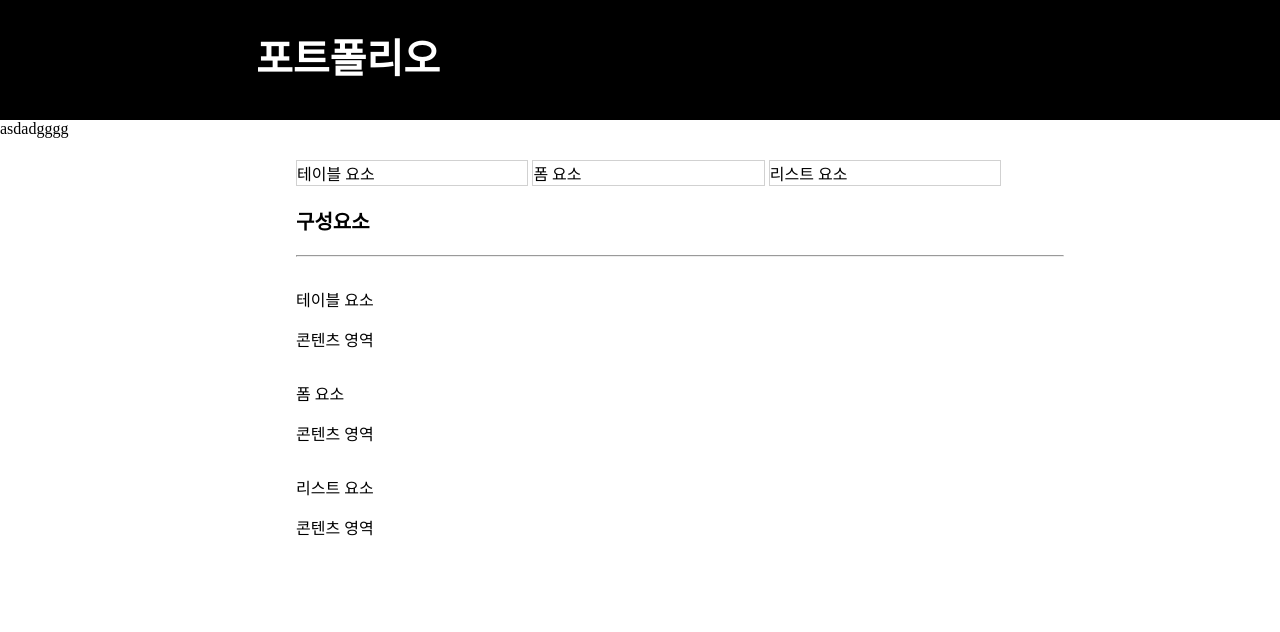
Repository: ItChoi/CSS-Study
Page: Css/WebContent/html/boostcourse/project-A1/portfolio.html
The author's editor kept a copy of each file at every save. The page is drawn from the files as they stood at one save, then again after the next save.
The browser window is 1280 px wide. The pictures show the whole page.

Above is the page before, as saved 2019-06-18 10:32:11.

After the next save:
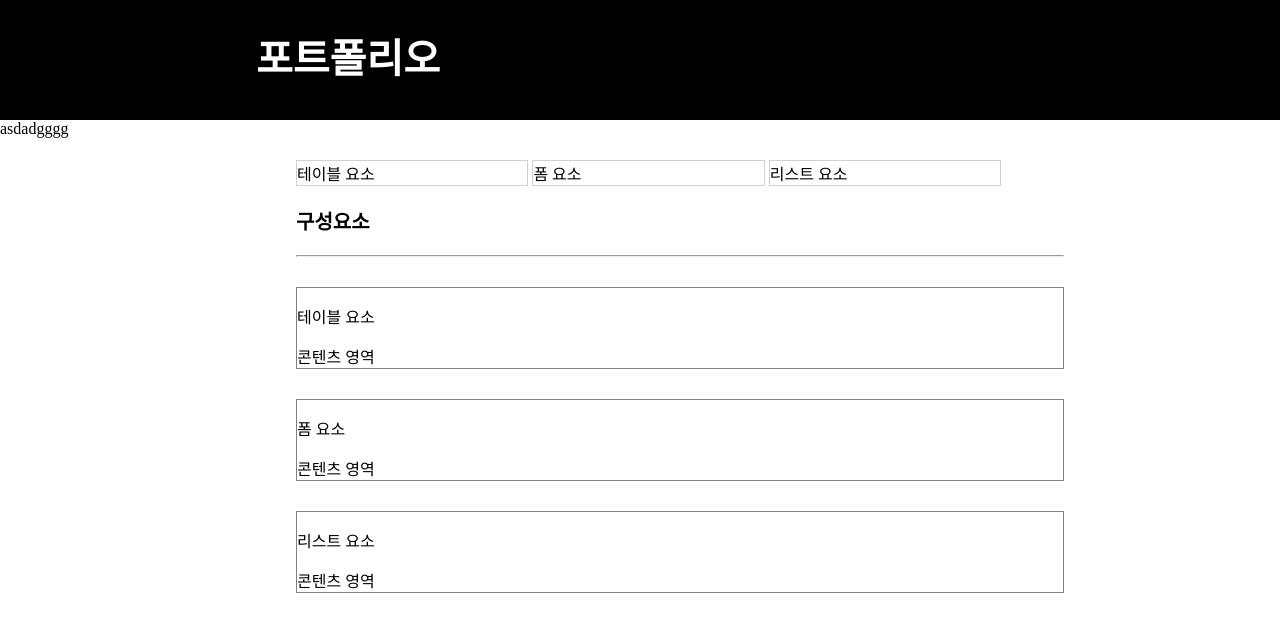
Saved 26 s later.
--- a/Css/WebContent/css/boostcourse/project-A1/portfolio.css
+++ b/Css/WebContent/css/boostcourse/project-A1/portfolio.css
@@ -70,4 +70,5 @@ hr {
 
 .ele {
 	margin-bottom: 30px;
+	border: 1px solid gray;
 }
